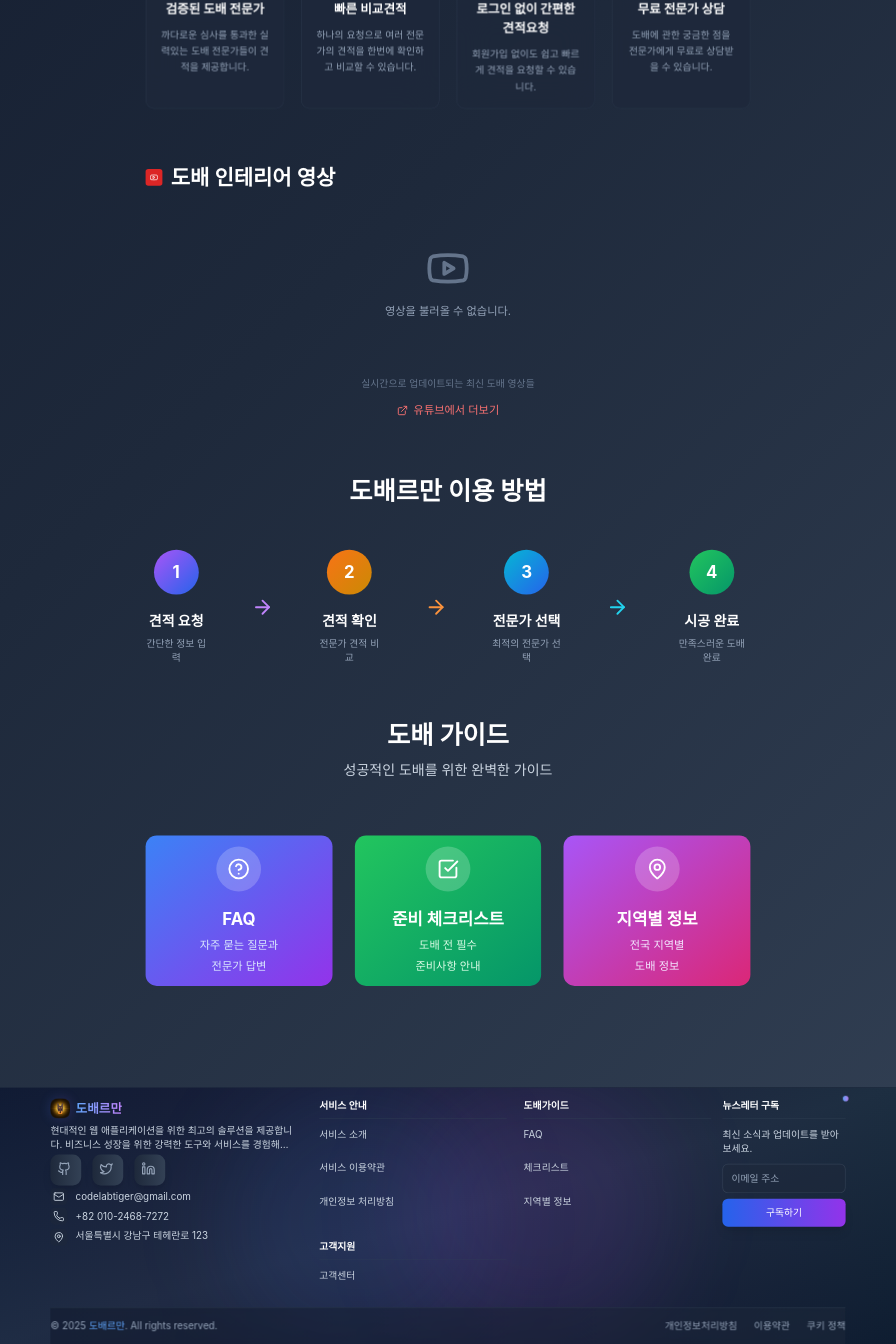
Repository: rambozzang/doberman_nextjs
Page: /
An editor plug-in stored every save of this project. The page is shown before and after the next save, followed by the edit.
The browser window is 1280 px wide. The pictures show the part of the page from y = 1449 to 3369 px (the page is 3369 px tall), at 70% of full size.
The page's requests for data from a server got no answer. The project was rebuilt for these pictures with package versions that can differ from the ones it lists, and the page was loaded fresh each time. The framework's server and built-in components were replaced by stand-ins that run in the browser. No one was signed in, and anything a server would have sent is missing. Also part of the build but not shown: next.config.mjs, next.config.ts, src/components/AutoLogoutWarning.tsx, src/components/ForgotPasswordModal.tsx, src/components/LoginModal.tsx, src/components/RegisterModal.tsx.

Above is the page before, as saved 2025-06-28 02:12:19.

After the next save:
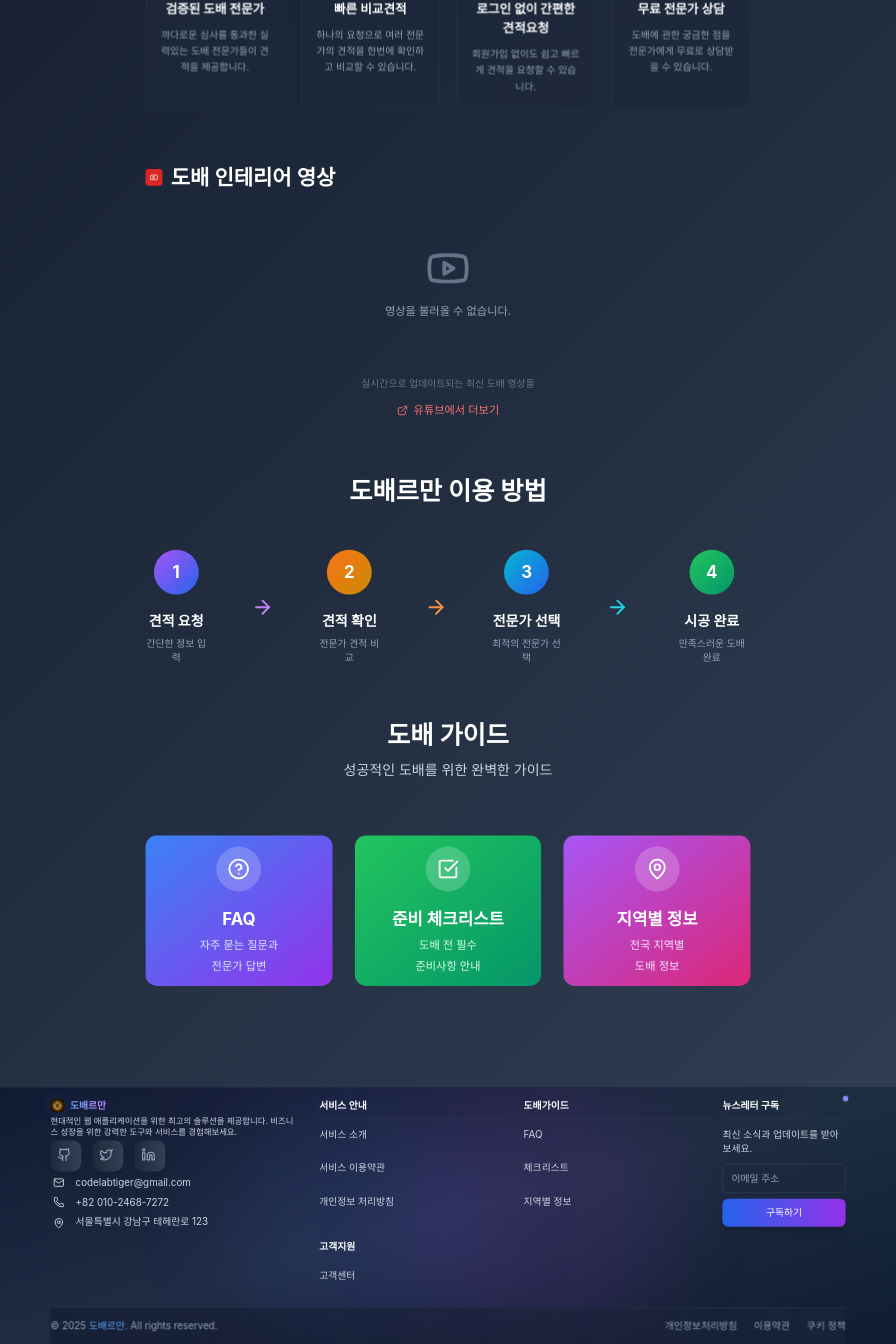
Saved 15 s later.
--- a/src/components/Footer.tsx
+++ b/src/components/Footer.tsx
@@ -125,14 +125,14 @@ const Footer: React.FC<FooterProps> = ({
                 transition={{ duration: 0.5 }}
                 viewport={{ once: true }}
               >
-                <Link href="/" className="flex items-center space-x-2 mb-2 sm:mb-3 lg:mb-2 group">
+                <Link href="/" className="flex items-center space-x-2 mb-1 sm:mb-2 lg:mb-1 group">
                   <div className="relative">
                     <div className="absolute inset-0 bg-gradient-to-r from-blue-500 to-purple-500 rounded-lg blur opacity-20 group-hover:opacity-40 transition-opacity"></div>
-                    <Image src="/logo.png" alt="logo" width={24} height={24} className="relative sm:w-7 sm:h-7 lg:w-7 lg:h-7" />
+                    <Image src="/logo.png" alt="logo" width={20} height={20} className="relative sm:w-6 sm:h-6 lg:w-5 lg:h-5" />
                   </div>
-                  <span className="text-base sm:text-lg lg:text-lg font-bold bg-gradient-to-r from-blue-400 to-purple-400 bg-clip-text text-transparent">{logo}</span>
+                  <span className="text-sm sm:text-base lg:text-sm font-bold bg-gradient-to-r from-blue-400 to-purple-400 bg-clip-text text-transparent">{logo}</span>
                 </Link>
-                <p className="text-slate-300 text-xs sm:text-sm lg:text-sm leading-relaxed pr-4 line-clamp-2">
+                <p className="text-slate-300 text-xs sm:text-sm lg:text-xs leading-snug pr-4 line-clamp-2">
                   {description}
                 </p>
               </motion.div>
